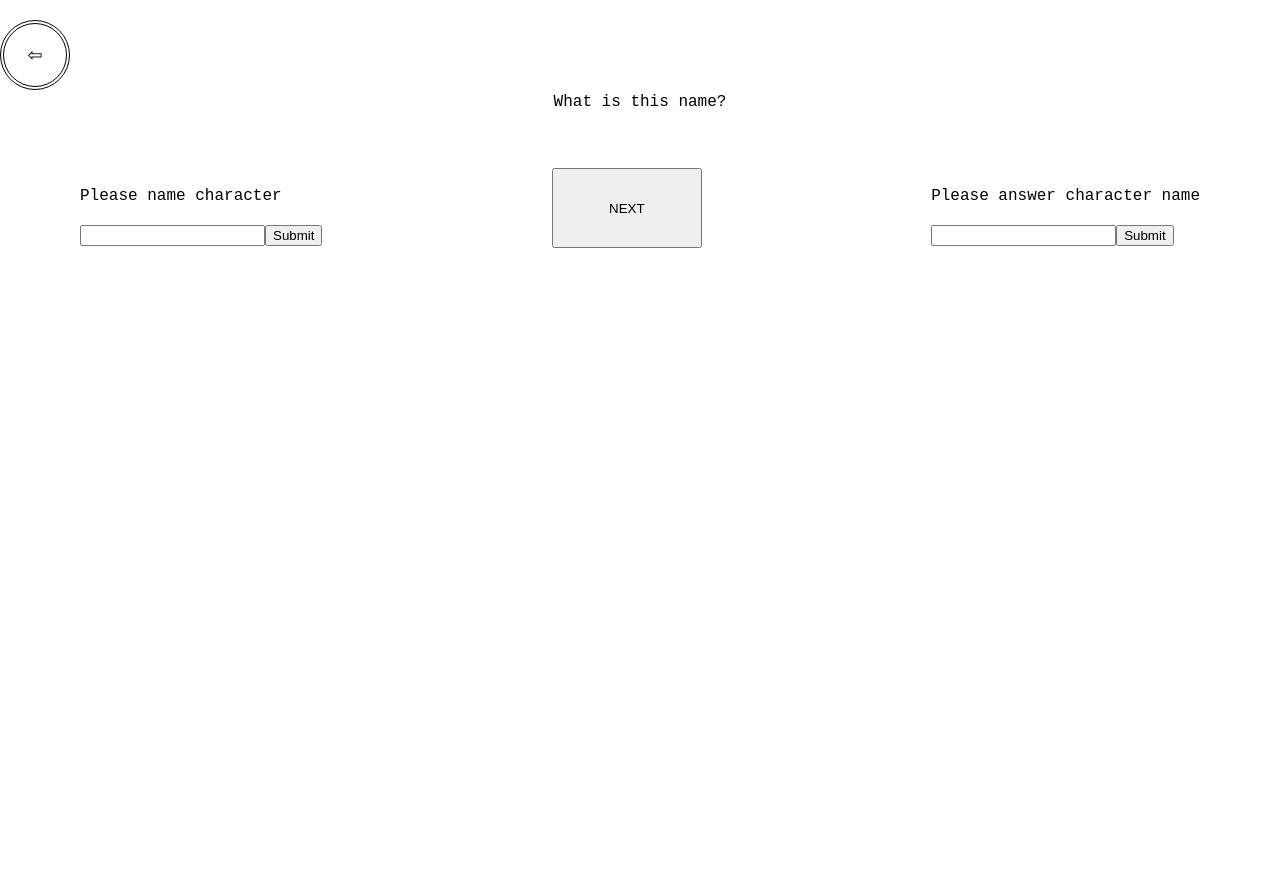
Repository: Mush-s/Folio-OX
Page: /nanmon
These files come from the project's save history. The page is drawn as it stood at one moment and after the next save; the edit follows.
The browser window is 1280 px wide. The pictures show the whole page.
The page's requests for data from a server got no answer. The project was rebuilt for these pictures with package versions that can differ from the ones it lists, and the page was loaded fresh each time. No one was signed in, and anything a server would have sent is missing. Also part of the build but not shown: src/TicTacToe/AfterGame/AfterGame.css, src/TicTacToe/AfterGame/AfterGame.js, src/TicTacToe/Game/Cell.css, src/TicTacToe/Game/Cell.js, src/TicTacToe/Patterns/Pattern.js, src/TicTacToe/Game/GameButtons/GameButtons.css, src/TicTacToe/Game/GameButtons/GameButtons.js, src/TicTacToe/Game/Game.js and 2 more.

Above is the page before, as saved 2022-09-04 23:00:19.

After the next save:
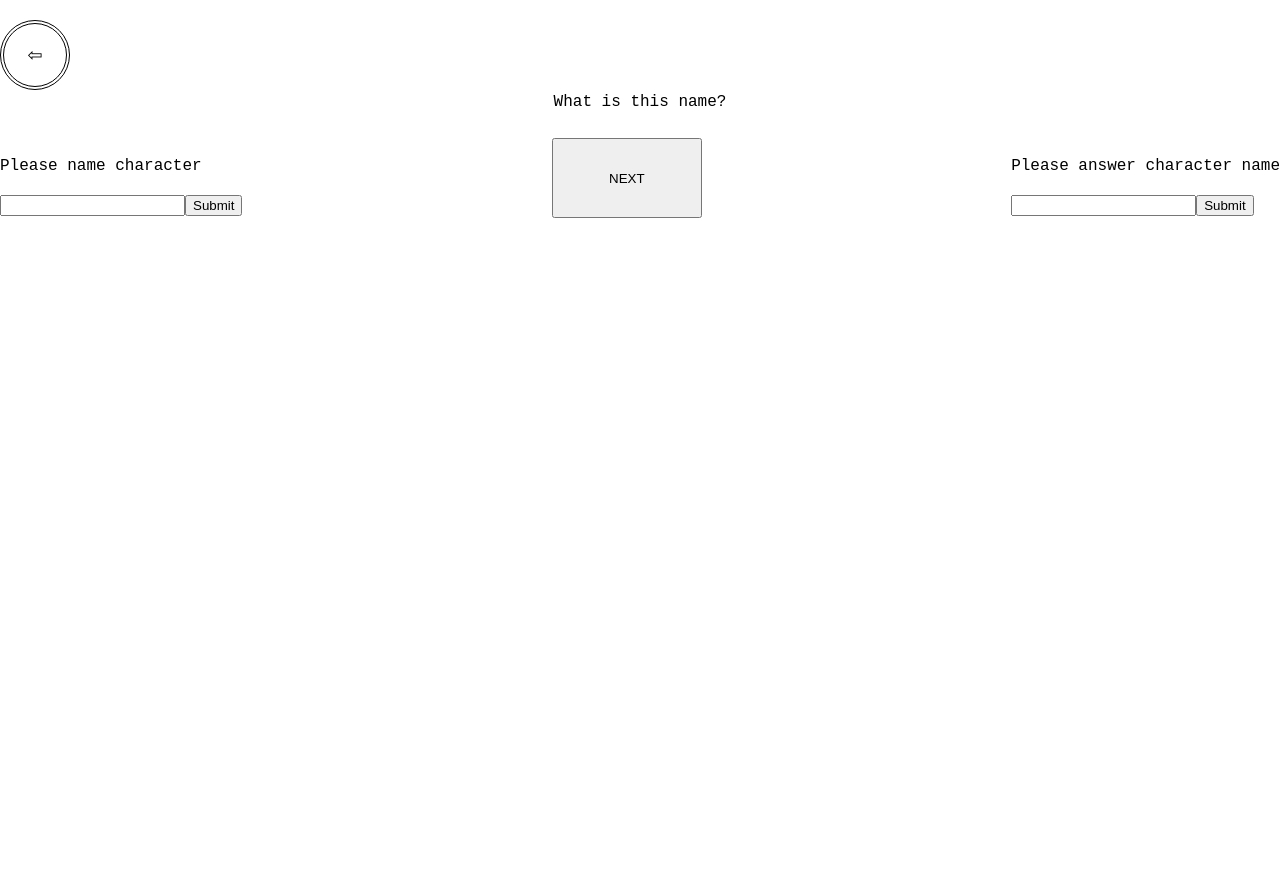
Saved 48 s later.
--- a/src/NanMon/Game/Game1.css
+++ b/src/NanMon/Game/Game1.css
@@ -4,7 +4,6 @@
 .inputs {
   display: flex;
   justify-content: space-between;
-  margin: 30px 80px 0 80px;
 }
 .inputs button{
     width:150px;
